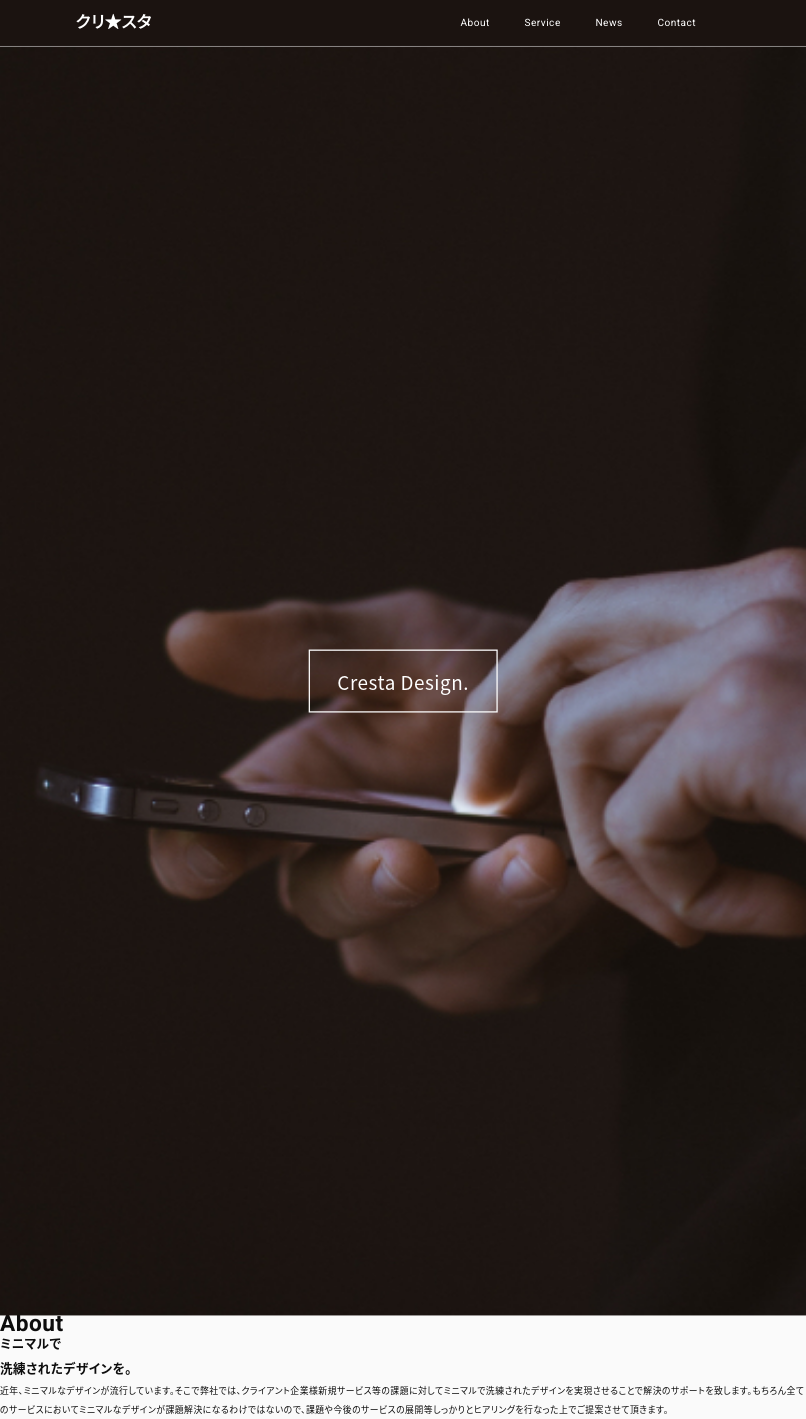
Repository: hatarakimono-kumasan/kurisuta_1st
Page: index.html
An editor plug-in stored every save of this project. The page is shown before and after the next save, followed by the edit.
The browser window is 1280 px wide. The pictures show the whole page, at 63% of full size.
Some web libraries are served in a nearby version. The style sheet was rebuilt from its Sass, Less or Tailwind sources for each picture, by a compiler version that may differ from the author's.

Above is the page before, as saved 2020-05-15 07:30:26.

### index.html
<!DOCTYPE html>
<html lang="en">
	<head>
		<meta charset="UTF-8" />
		<meta name="viewport" content="width=device-width, initial-scale=1.0" />
		<meta http-equiv="X-UA-Compatible" content="ie=edge" />
		<title>Cresta.design</title>
		<meta name="keywords" content="カンマ区切りで10個以内推奨" />
		<meta name="description" content="120文字以内" />
		<meta property="og:title" content="このページのタイトル" />
		<meta property="og:type" content="TOPページはwebsite、子ページはarticle" />
		<meta property="og:url" content="このページのURL" />
		<meta property="og:image" content="1200×630以上推奨、絶対パスで指定" />
		<meta property="og:site_name" content="サイト名" />
		<meta property="og:description" content="80〜90文字推奨" />
		<meta name="twitter:card" content="summary or summary_large_image" />
		<meta name="twitter:site" content="@ユーザー名" />
		<meta name="format-detection" content="telephone=no" />
		<!-- <link rel="shortcut icon" sizes="16x16" href="ファビコン" />
		<link rel="apple-touch-icon" sizes="192x192" href="タッチアイコン" />
		<link rel="shortcut icon" sizes="192x192" href="タッチアイコン" /> -->
		<meta name="last-modified" content="Sun, 29 Dec 2019 20:30:30 GMT" />
		<link
			href="https://use.fontawesome.com/releases/v5.6.1/css/all.css"
			rel="stylesheet"
		/>
		<link rel="stylesheet" href="style.css" />
		<script
			src="https://code.jquery.com/jquery-3.4.1.min.js"
			integrity="sha256-CSXorXvZcTkaix6Yvo6HppcZGetbYMGWSFlBw8HfCJo="
			crossorigin="anonymous"
		></script>
	</head>
	<body>
		<!-- header -->
		<header class="header">
			<h1 class="site-title"><a href="./">クリ★スタ</a></h1>
			<div class="nav-wrapper">
				<nav class="header-nav">
					<ul class="nav-list">
						<li class="nav-item"><a href="#about">About</a></li>
						<li class="nav-item"><a href="#service">Service</a></li>
						<li class="nav-item"><a href="#news">News</a></li>
						<li class="nav-item"><a href="#contact">Contact</a></li>
					</ul>
				</nav>
			</div>
			<button class="burger-btn">
				<span class="bars">
					<span class="bar bar_top"></span>
					<span class="bar bar_mid"></span>
					<span class="bar bar_bottom"></span>
				</span>
			</button>
		</header>
		<!-- //header -->

		<!--first view-->
		<div class="first_view">
			<img src="img/fv-bgi_sp@2x.jpg" alt="サイトイメージ" />
			<p>Cresta Design.</p>
		</div>
		<!--//first view-->

		<main>
			<section class="about" id="about">
				<h2>About</h2>
				<h3>
					ミニマルで<br />
					洗練されたデザインを。
				</h3>
				<p>
					近年、ミニマルなデザインが流行しています。そこで弊社では、クライアント企業様新規サービス等の課題に対してミニマルで洗練されたデザインを実現させることで解決のサポートを致します。もちろん全てのサービスにおいてミニマルなデザインが課題解決になるわけではないので、課題や今後のサービスの展開等しっかりとヒアリングを行なった上でご提案させて頂きます。
				</p>
			</section>
		</main>
		<script src="drawer.js"></script>
	</body>
</html>

### drawer.js
$(".burger-btn").on("click", function () {
	//.btn_triggerをクリックすると
	$(".burger-btn").toggleClass("close"); //.btn_triggerにcloseクラスを付与(ボタンのアニメーション)
	$(".nav-wrapper").fadeToggle(500); //.nav-wrapperが0.5秒でフェードイン(メニューのフェードイン)
	$("body").toggleClass("noscroll"); //bodyにnoscrollクラスを付与(スクロールを固定)
});

if ($(window).width() < 768) {
	//デバイスの幅が768以下のとき
	$(".nav-item>a").on("click", function () {
		//.nav-item>aをクリックすると
		$(".nav-wrapper").fadeOut(500); //.nav-wrapperが0.5秒でフェードアウト(メニューのフェードアウト)
		$(".burger-btn").removeClass("close"); //.btn_triggerのcloseクラスを削除
		$("body").removeClass("noscroll"); //bodyのnoscrollクラスを削除
	});
}

### style.scss
/* ======================================
Foundation
====================================== */

@import "scss/foundation/reset";
@import "scss/foundation/mixin";
@import "scss/foundation/settings";
@import "scss/foundation/base";

/* ======================================
Layout
====================================== */

@import "scss/layout/header";
// @import 'layout/nav';
@import "scss/layout/main";
// @import 'layout/footer';

/* ======================================
Object
====================================== */

/**
Component
----------------------------------- */

// @import 'object/component/';

/**
Project
----------------------------------- */

// @import 'object/project/';

/**
Utility
----------------------------------- */
// @import 'object/utility/';

### scss/foundation/_reset.scss
html,
body,
div,
span,
object,
iframe,
h1,
h2,
h3,
h4,
h5,
h6,
p,
blockquote,
pre,
abbr,
address,
cite,
code,
del,
dfn,
em,
img,
ins,
kbd,
q,
samp,
small,
strong,
sub,
sup,
var,
b,
i,
dl,
dt,
dd,
ol,
ul,
li,
fieldset,
form,
label,
legend,
table,
caption,
tbody,
tfoot,
thead,
tr,
th,
td,
article,
aside,
canvas,
details,
figcaption,
figure,
footer,
header,
hgroup,
menu,
nav,
section,
summary,
time,
mark,
audio,
video {
	margin: 0;
	padding: 0;
	border: 0;
	outline: 0;
	font-size: 100%;
	vertical-align: baseline;
	background: transparent;
}
body {
	line-height: 1;
}
article,
aside,
details,
figcaption,
figure,
footer,
header,
hgroup,
menu,
nav,
section,
main {
	display: block;
}
ol,
ul {
	list-style: none;
}
blockquote,
q {
	quotes: none;
}
blockquote:before,
blockquote:after,
q:before,
q:after {
	content: "";
	content: none;
}
a {
	margin: 0;
	padding: 0;
	font-size: 100%;
	vertical-align: baseline;
	background: transparent;
}
ins {
	background-color: #ff9;
	color: #333;
	text-decoration: none;
}
mark {
	background-color: #ff9;
	color: #333;
	font-style: italic;
	font-weight: bold;
}
del {
	text-decoration: line-through;
}
abbr[title],
dfn[title] {
	border-bottom: 1px dotted;
	cursor: help;
}
table {
	border-collapse: collapse;
	border-spacing: 0;
}
hr {
	display: block;
	height: 1px;
	border: 0;
	border-top: 1px solid #cccccc;
	margin: 1em 0;
	padding: 0;
}
input,
select {
	vertical-align: middle;
}

### scss/foundation/_mixin.scss
// --------------------------------------------------------
//  mixin (mobile to pc)
// --------------------------------------------------------

$tab: 768px;
$lap: 1024px;
$pc: 1200px;

@mixin tab {
	@media screen and (min-width: ($tab)) {
		@content;
	}
}

@mixin lap {
	@media screen and (min-width: ($lap)) {
		@content;
	}
}

@mixin pc {
	@media screen and (min-width: ($pc)) {
		@content;
	}
}

### scss/foundation/_settings.scss
/*
font
------------------------------------------*/
@import url("https://fonts.googleapis.com/css2?family=Roboto:wght@400;700&display=swap");
body {
	font-family: Roboto, "Noto Sans JP", 游ゴシック, "Yu Gothic", 游ゴシック体,
		YuGothic, "ヒラギノ角ゴ Pro W3", "Hiragino Kaku Gothic Pro", "Meiryo UI",
		メイリオ, Meiryo, sans-serif;
	font-size: medium;
	letter-spacing: 0.05em;
	word-break: break-all;
}
h1,
h2,
h3,
h4,
h5,
strong {
	font-weight: bold;
}

/*フォントサイズ
https://websemantics.uk/tools/responsive-font-calculator/
-------------------------------------------------*/
html {
	font-size: 62.5%;
}
body {
	font-size: 1.6rem; /* 16px*/
	line-height: 2;
}
h1 {
	font-size: 26px; /* IE8以下とAndroid4.3以下用フォールバック */
	font-size: 2.6rem;
	line-height: calc(24 / 36);
	font-family: Roboto;
}
h2 {
	font-size: 36px; /* IE8以下とAndroid4.3以下用フォールバック */
	font-size: 3.6rem;
	line-height: calc(24 / 36);
	font-family: Roboto;
}
h3 {
	font-size: 20px; /* IE8以下とAndroid4.3以下用フォールバック */
	font-size: 2rem;
	line-height: calc(40 / 20);
	font-family: "Noto Sans CJK JP";
}
p {
	font-size: 14px; /* IE8以下とAndroid4.3以下用フォールバック */
	font-size: 1.4rem;
	line-height: calc(30 / 14);
	font-family: "Noto Sans CJK JP";
}

### scss/foundation/_base.scss
/*
Base
---------------------------------------------- */
html {
	box-sizing: border-box;
	height: 100%;
}
*,
*:before,
*:after {
	box-sizing: inherit;
}
body {
	height: 100%;
	font-feature-settings: "palt";
	color: #0d0d0d;
	background-color: #fafafa;
}
img {
	max-width: 100%;
	height: auto;
	vertical-align: bottom;
}
a {
	color: inherit;
}
input,
textarea {
	font-family: inherit;
	font-size: 100%;
}

### scss/layout/_header.scss
// body {
// 	color: #141414;
// 	font-size: 1.4rem;
// 	line-height: 1.8;
// 	letter-spacing: 0.05em;

// 	font-family: "Roboto", sans-serif, "Noto Sans JP", sans-serif;
// }
.noscroll {
	overflow: hidden;
}
/* img {
	width: 100%;
	vertical-align: bottom;
} */
a {
	text-decoration: none;
	color: #fff;
}
// .section-title {
// 	font-size: 3.6rem;
// 	font-weight: bold;
// 	text-align: center;
// 	letter-spacing: 0.05em;
// 	margin-bottom: 70px;
// }
// h3 {
// 	font-size: 2.4rem;
// 	font-weight: bold;
// 	line-height: 2;
// 	letter-spacing: 0.1em;
// 	margin-bottom: 40px;
// }
// .section-wrapper {
// 	padding: 100px 10% 50px;
// }

/* ------------------ */
/* header */
/* ------------------ */
.header {
	background-color: #1b1310;
	color: #fff;
	height: 74px;
	display: flex;
	justify-content: space-between;
	align-items: center;
	padding: 0 120px;
	border-bottom: 1px solid #fff;
}
.nav-list {
	/* navの横並び */
	display: flex;
}
.nav-item {
	/* メニューの右側に余白 */
	margin-right: 55px;
}
.burger-btn {
	display: none;
}

@media screen and (max-width: 768px) {
	/* ----------------------- */
	/* base_sp
/* ----------------------- */

	// h3 {
	// 	font-size: 2rem;
	// 	margin-bottom: 30px;
	// }
	// .section-wrapper {
	// 	padding: 100px 5% 50px;
	// }
	/* ------------------ */
	/* humberger-menu */
	/* ------------------ */
	.header {
		padding: 0 5%;
	}
	.burger-btn {
		display: block;
		width: 39px;
		height: 39px;
		position: relative;
		z-index: 3;
		/*   codepenの挙動のため */
		background-color: transparent;
		border: none;
	}
	.bar {
		width: 20px;
		height: 1px;
		display: block;
		position: absolute;
		left: 50%;
		transform: translateX(-50%);
		background-color: #fff;
	}
	.bar_top {
		top: 10px;
	}
	.bar_mid {
		top: 50%;
		transform: translate(-50%, -50%);
	}
	.bar_bottom {
		bottom: 10px;
	}
	.burger-btn.close .bar_top {
		transform: translate(-50%, 10px) rotate(45deg);
		transition: transform 0.3s;
	}
	.burger-btn.close .bar_mid {
		opacity: 0;
		transition: opacity 0.3s;
	}
	.burger-btn.close .bar_bottom {
		transform: translate(-50%, -8px) rotate(-45deg);
		transition: transform 0.3s;
	}
	.nav-wrapper {
		display: none;
		width: 100vw;
		height: 100vh;
		position: fixed;
		top: 0;
		left: 0;
		z-index: 2; /*キービジュアルと.btn_triggerとの重なりの前後関係を調整*/
	}
	.header-nav {
		width: 100%;
		height: 100%;
		background-color: #1b1310;
		z-index: 2;
	}
	.header-nav .nav-list {
		display: block;
		position: absolute;
		top: 50%;
		left: 50%;
		transform: translate(-50%, -50%);
		text-align: center;
	}
	.header-nav .nav-item {
		margin-right: 0;
		margin-bottom: 40px;
	}
}

### scss/layout/_main.scss
/*=======================================
first view
=========================================*/
.first_view {
	width: 100%;
	position: relative;

	img {
		min-width: 100%;
	}
	p {
		width: 300px;
		height: 100px;
		border: #fff 2px solid;
		color: #fff;
		position: absolute;
		transform: translateY(-50%);
		font-size: 3rem;
		top: 50%;
		left: 50%;
		text-align: center;
		transform: translate(-50%, -50%);
		line-height: 100px;
	}
}

/*=============================================
about
===============================================*/

After the next save:
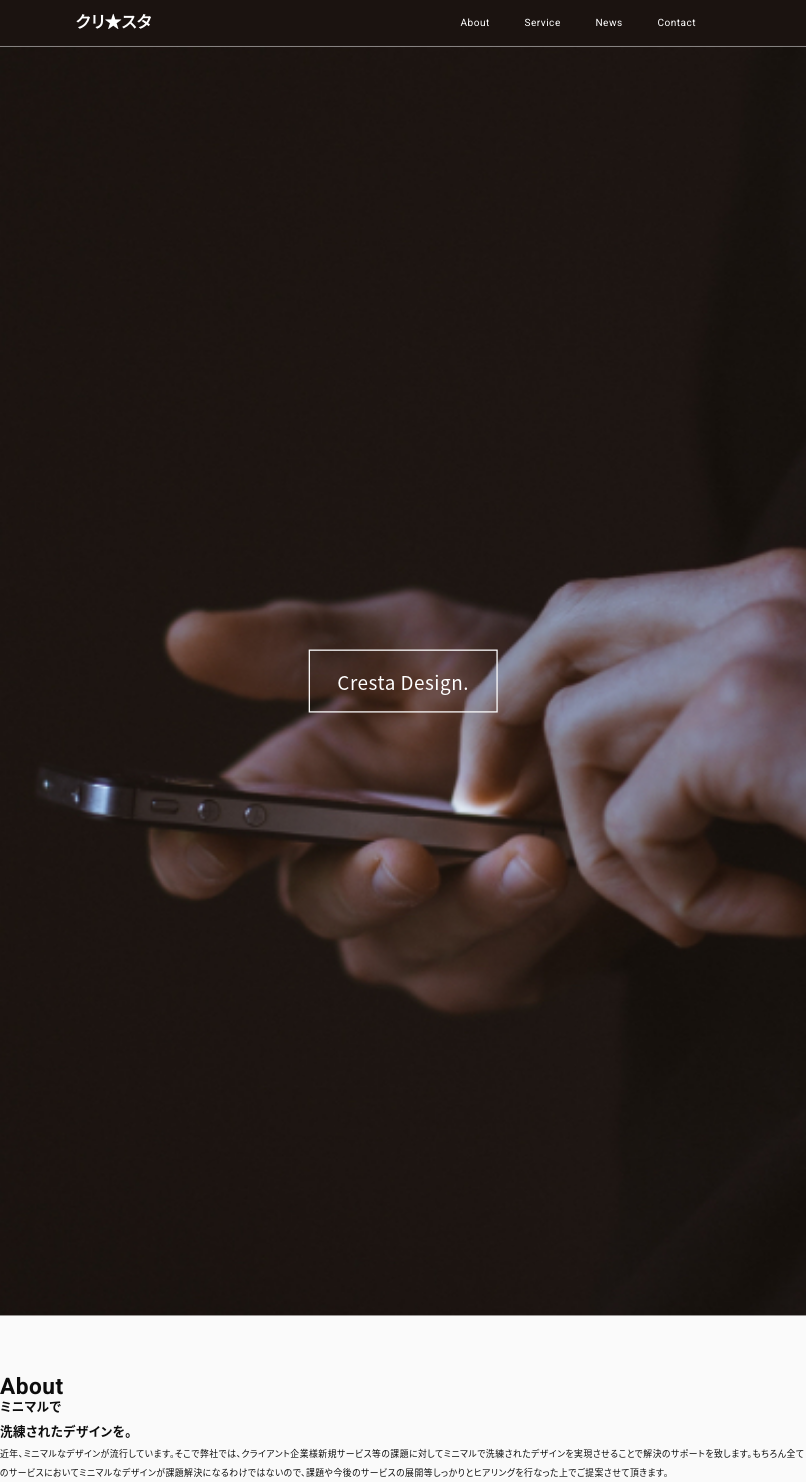
Saved 2 min 32 s later.
--- a/scss/layout/_main.scss
+++ b/scss/layout/_main.scss
@@ -27,3 +27,6 @@ first view
 /*=============================================
 about
 ===============================================*/
+.about {
+	margin-top: 10rem;
+}
